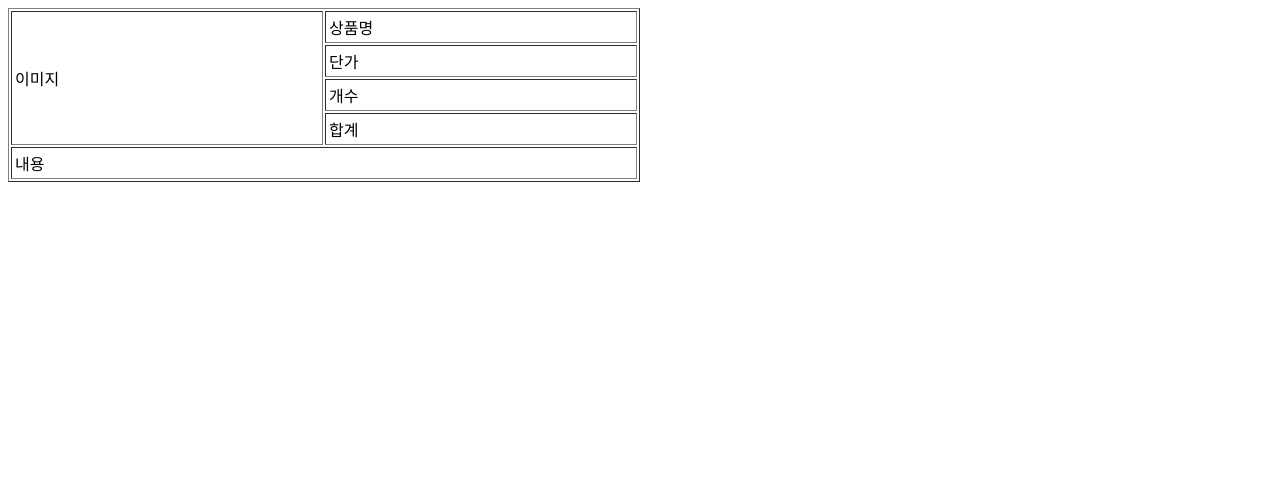
Repository: naldal/Bitcamp
Page: http://localhost/miniProject/imageboard/imageboardView.jsp
These files come from the project's save history. The page is drawn as it stood at one moment and after the next save; the edit follows.
The browser window is 1280 px wide. The pictures show the whole page.
The page is served by Tomcat 9. Other server files are loaded and not shown.

Above is the page before, as saved 2020-02-19 07:09:27.

### miniProject/WebContent/imageboard/imageboardView.jsp
<%@ page language="java" contentType="text/html; charset=UTF-8"
	pageEncoding="UTF-8"%>
<!DOCTYPE html>

<table border="1" width="50%" cellpadding="3">
	<tr>
		<td rowspan="4">이미지</td>
		<td>상품명</td>
	</tr>
	<tr>
		<td>단가</td>
	</tr>
	<tr>
		<td>개수</td>
	</tr>
	<tr>
		<td>합계</td>
	</tr>
	<tr>
		<td height="50%" colspan="2">내용</td>
	</tr>
</table>

After the next save:
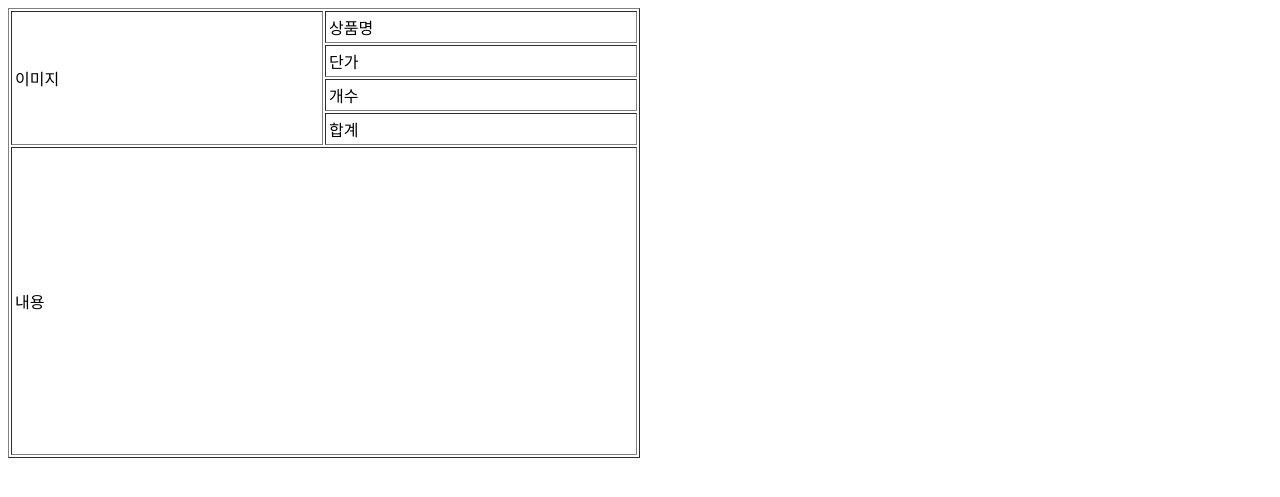
Saved 12 s later.
--- a/miniProject/WebContent/imageboard/imageboardView.jsp
+++ b/miniProject/WebContent/imageboard/imageboardView.jsp
@@ -17,6 +17,6 @@
 		<td>합계</td>
 	</tr>
 	<tr>
-		<td height="50%" colspan="2">내용</td>
+		<td height="300px" colspan="2">내용</td>
 	</tr>
 </table>
